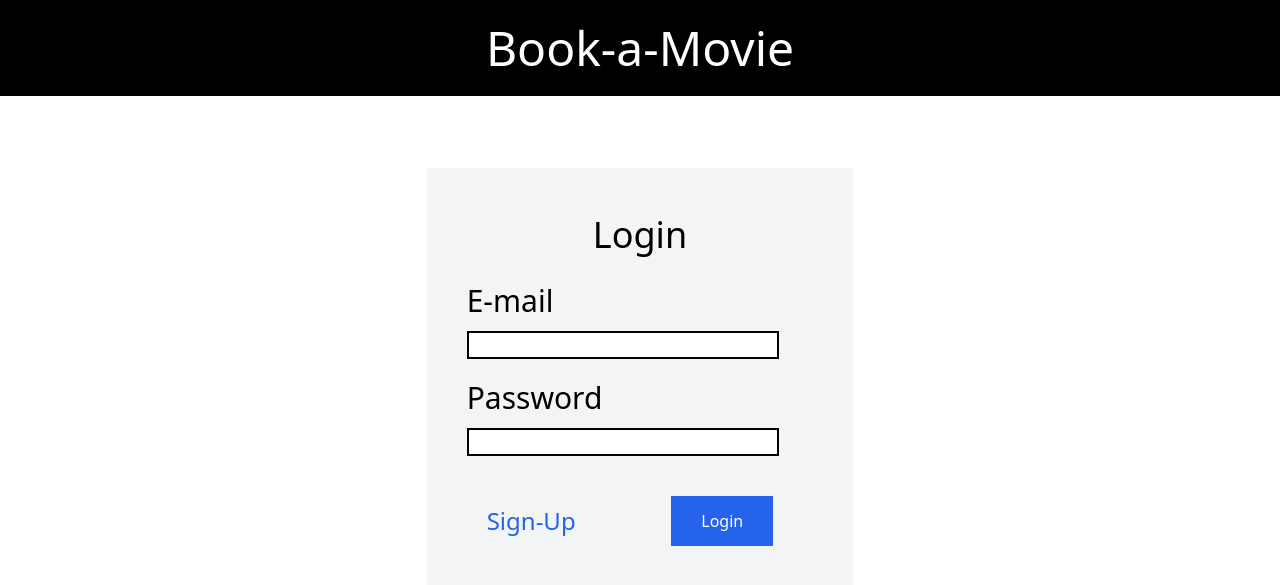
Repository: BhumilModi/movie-booking-app-assignment
Page: /
These files come from the project's save history. The page is drawn as it stood at one moment and after the next save; the edit follows.
The browser window is 1280 px wide. The pictures show the whole page.
The project was rebuilt for these pictures with package versions that can differ from the ones it lists, and the page was loaded fresh each time. Also part of the build but not shown: src/App.css, src/components/SignUp.jsx.

Above is the page before, as saved 2022-11-29 18:52:19.

After the next save:
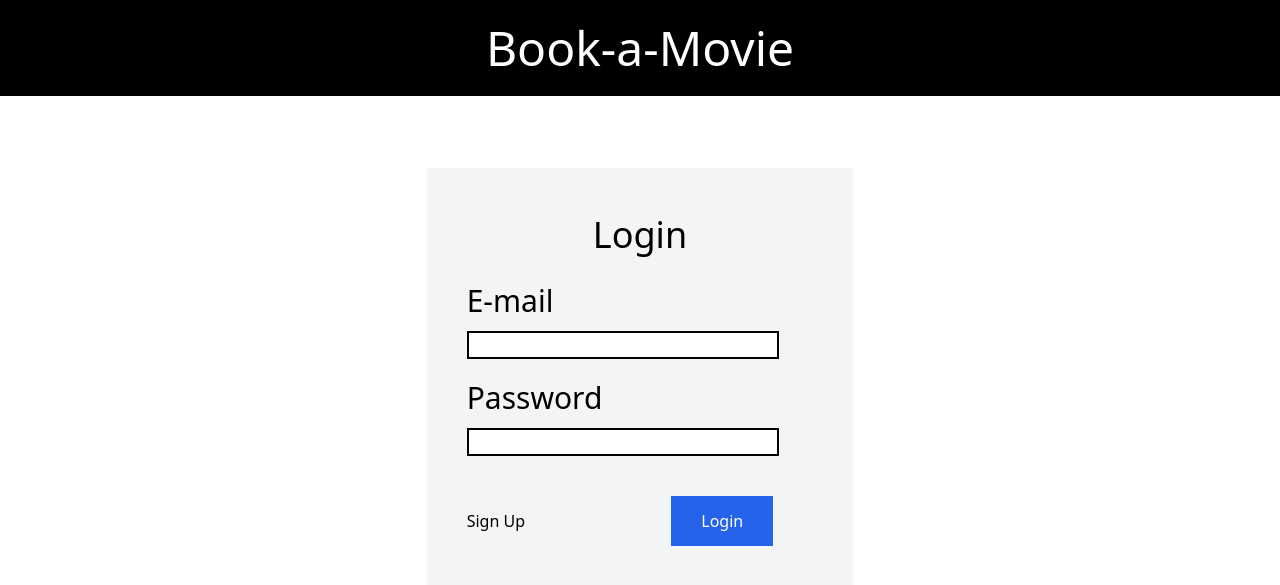
Saved 79 s later.
--- a/src/components/Login.jsx
+++ b/src/components/Login.jsx
@@ -1,5 +1,5 @@
 import React from "react";
-// import {Link} from "react-router-dom";
+import {Link} from "react-router-dom";
 import Navbar from "./Navbar";
 
 function Login() {
@@ -13,9 +13,10 @@ function Login() {
         <div className="text-[30px] mt-4 mb-2">Password</div>
         <input type="password" className="w-[90%] border-2 border-black" />
         <div className="flex justify-between items-center mt-10 mr-10">
-          <p className="text-[24px] ml-5 text-blue-600 cursor-pointer">
+          {/* <p className="text-[24px] ml-5 text-blue-600 cursor-pointer">
             Sign-Up
-          </p>
+          </p> */}
+          <Link to="signIn">Sign Up</Link>
           <button className="bg-blue-600 w-1/3 h-[50px] text-white">
             Login
           </button>
